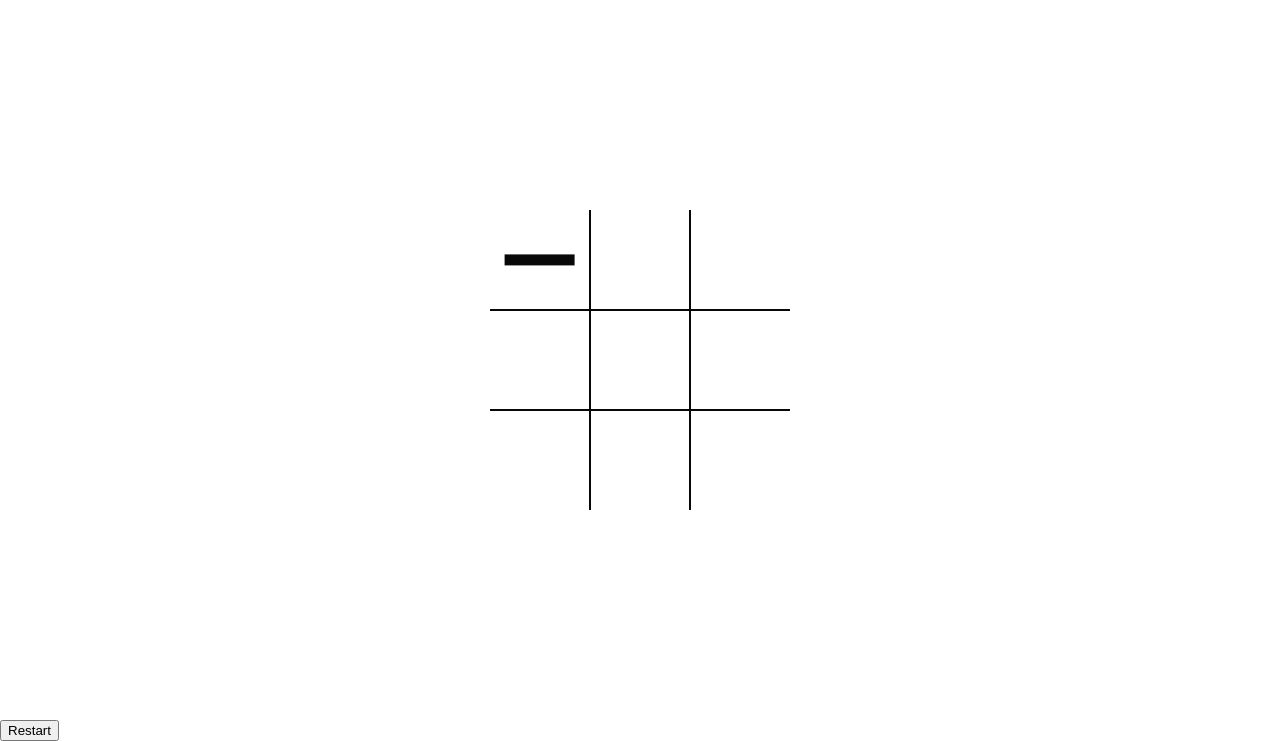
Repository: kkyler24/MCLA
Page: devFiles/TictactoeFiles/ticTacToe.html
An editor plug-in stored every save of this project. The page is shown before and after the next save, followed by the edit.
The browser window is 1280 px wide. The pictures show the whole page.

Above is the page before, as saved 2020-04-17 13:26:39.

After the next save:
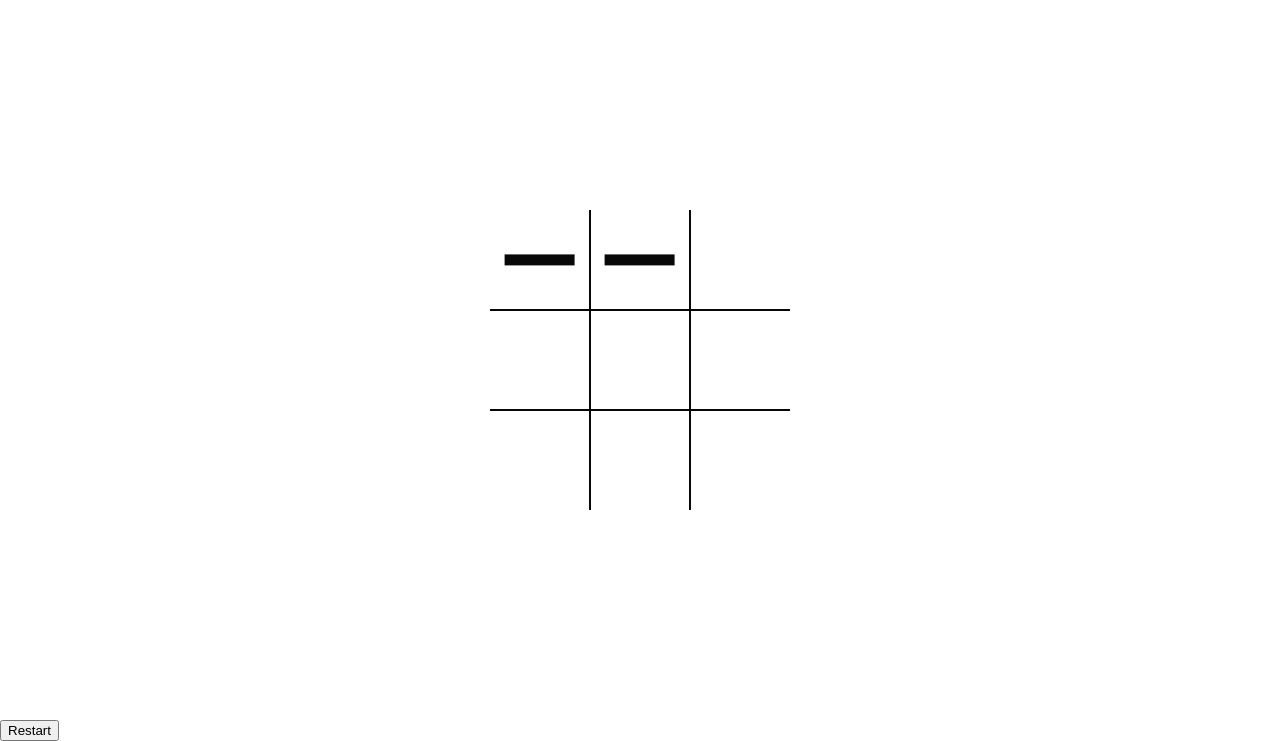
Saved 7 s later.
--- a/devFiles/TictactoeFiles/tictactoe.css
+++ b/devFiles/TictactoeFiles/tictactoe.css
@@ -51,7 +51,7 @@ body{
     border-bottom: none;
 }
 
-.cellBOne.x::before{
+.cellBOne.dash::before{
     content: "";
     width: calc(var(--mark-size)*.16);
     /* controls the height of the dashes */
@@ -62,7 +62,7 @@ body{
     position: relative;
 }
 
-.cellBOne.dash::before{
+.cellBOne.circle::before{
     content: "";
     width: calc(var(--mark-size)*.16);
     /* controls the height of the dashes */
